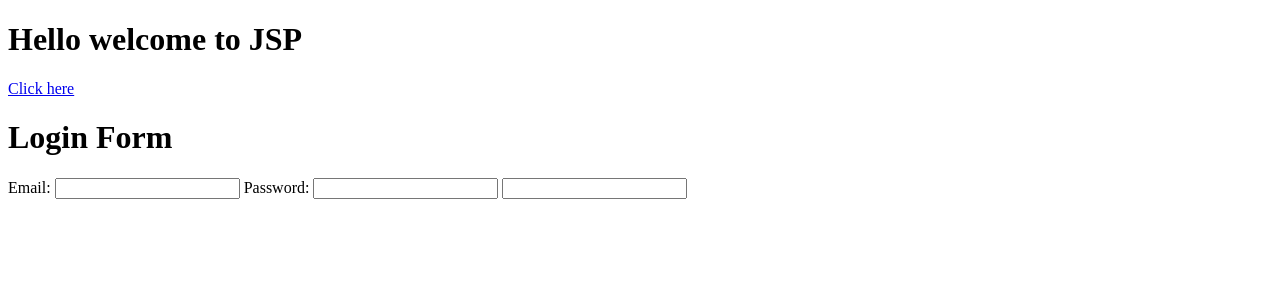
Repository: gauravrathod802/Java-Servlet
Page: http://localhost/MyFirstProject/
An editor plug-in stored every save of this project. The page is shown before and after the next save, followed by the edit.
The browser window is 1280 px wide. The pictures show the whole page.
The page is served by Tomcat 9. Other server files are loaded and not shown.

Above is the page before, as saved 2024-01-08 12:20:51.

### MyFirstProject/WebContent/index.jsp
<%@ page language="java" contentType="text/html; charset=ISO-8859-1"
    pageEncoding="ISO-8859-1"%>
<!DOCTYPE html>
<html>
<head>
<meta charset="ISO-8859-1">
<title>Java Servlet</title>
</head>
<body>
<h1>Hello welcome to JSP</h1>
<a href="MyServlet" >Click here</a>

<h1>Login Form</h1>
<form>
<label>Email:</label>
<input type="email">
<label>Password:</label>
<input type="password">
<input>
</form>
</body>
</html>

After the next save:
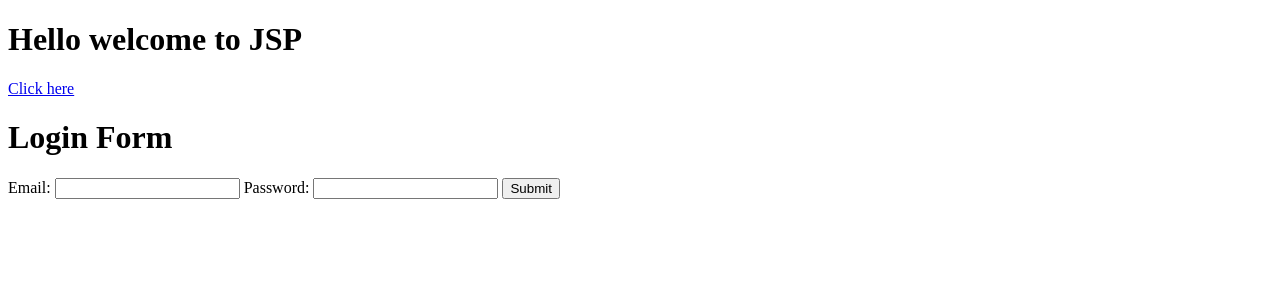
Saved 11 s later.
--- a/MyFirstProject/WebContent/index.jsp
+++ b/MyFirstProject/WebContent/index.jsp
@@ -16,7 +16,7 @@
 <input type="email">
 <label>Password:</label>
 <input type="password">
-<input>
+<input type="submit">
 </form>
 </body>
 </html>
